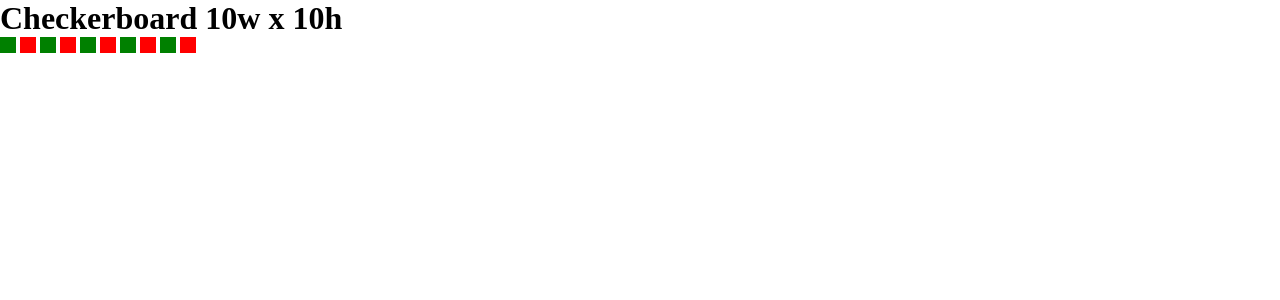
Repository: bchang1213/javaEE
Page: http://localhost/Checkerboard/view.jsp
These files come from the project's save history. The page is drawn as it stood at one moment and after the next save; the edit follows.
The browser window is 1280 px wide. The pictures show the whole page.
The page is served by Tomcat 9.

Above is the page before, as saved 2017-10-05 20:38:09.

After the next save:
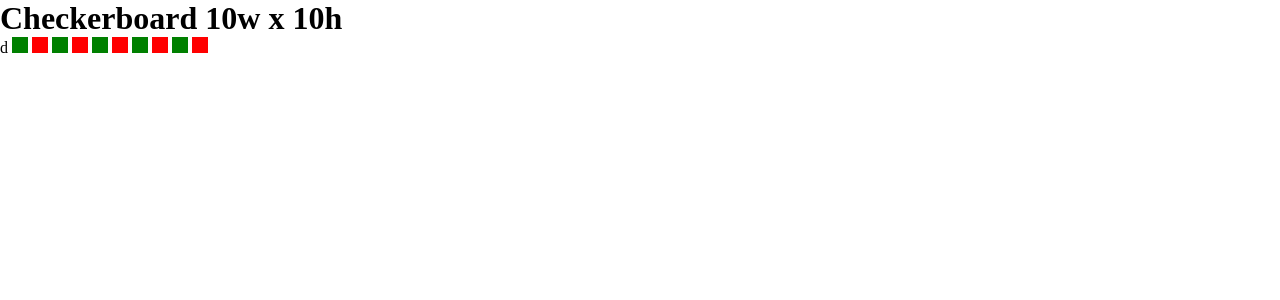
Saved 24 s later.
--- a/Checkerboard/WebContent/view.jsp
+++ b/Checkerboard/WebContent/view.jsp
@@ -28,7 +28,7 @@
 	<% } %>
 
 	<h1>Checkerboard <%= width %>w x <%=  height %>h</h1>
-
+		d
 		<%for(int i = 1; i <= width;i++){ %>
 			<div class='block'></div>
 		<%} %>
